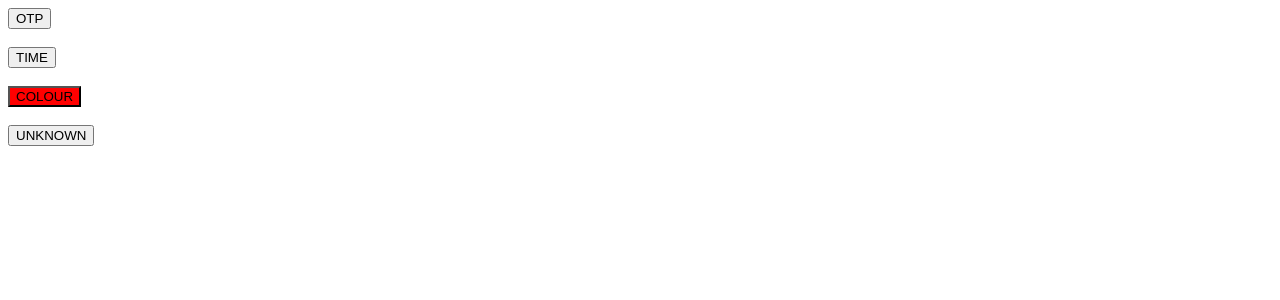
Repository: gowthamk1/JSpidersTraining
Page: Servlet/Task/src/main/webapp/Demo.html
These files come from the project's save history. The page is drawn as it stood at one moment and after the next save; the edit follows.
The browser window is 1280 px wide. The pictures show the whole page.

Above is the page before, as saved 2024-10-23 13:23:15.

### Servlet/Task/src/main/webapp/Demo.html
<!DOCTYPE html>
<html>
<head>
<meta charset="UTF-8">
<title>Insert title here</title>

</head>
<body>
	<a href="otp"><button>OTP</button></a><br><br>
	<a href="time"><button>TIME</button></a><br><br>
	<a href="colour"><button style="background-color: red">COLOUR</button></a><br><br>
	<a href="t"><button>UNKNOWN</button></a><br><br>
</body>
</html>

After the next save:
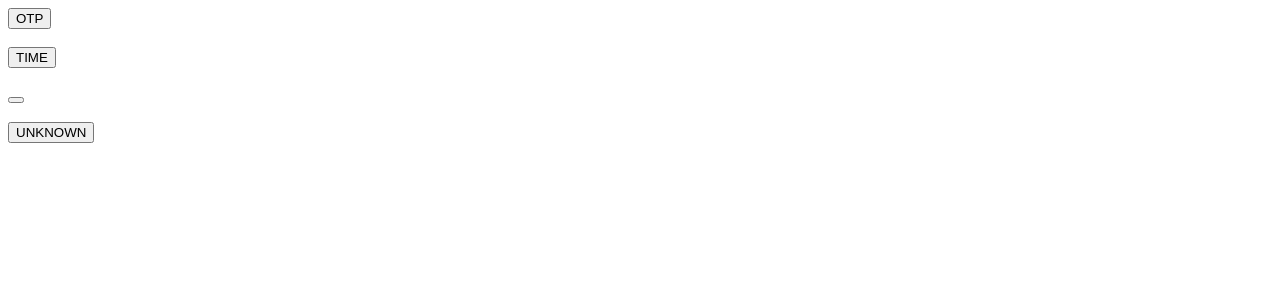
Saved 2 s later.
--- a/Servlet/Task/src/main/webapp/Demo.html
+++ b/Servlet/Task/src/main/webapp/Demo.html
@@ -8,7 +8,7 @@
 <body>
 	<a href="otp"><button>OTP</button></a><br><br>
 	<a href="time"><button>TIME</button></a><br><br>
-	<a href="colour"><button style="background-color: red">COLOUR</button></a><br><br>
-	<a href="t"><button>UNKNOWN</button></a><br><br>
+	<a href="colour"><button></button></a><br><br>
+	<a href="unknown"><button>UNKNOWN</button></a><br><br>
 </body>
 </html>
